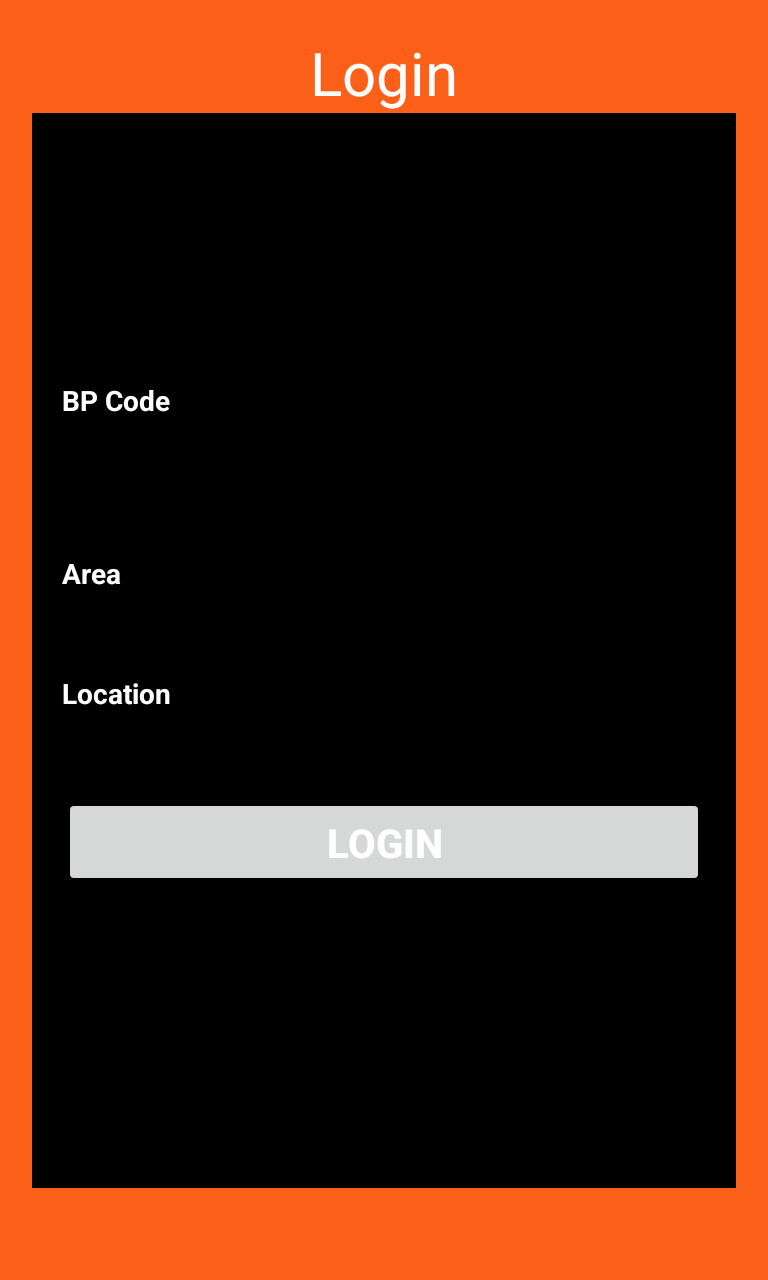
Repository: MushfiqurRahman/BLink3gApp
Layout: 3gExperience/res/layout/fragment_login.xml
These files come from the project's save history. The layout is drawn as it stood at one moment and after the next save; the edit follows.
It is drawn on a 768 x 1280 px phone screen (xhdpi) without system bars, with theme AppTheme; the app's code is not run.

Above is the layout before, as saved 2014-05-20 17:45:40.

### 3gExperience/res/layout/fragment_login.xml
<RelativeLayout xmlns:android="http://schemas.android.com/apk/res/android"
    xmlns:tools="http://schemas.android.com/tools"
    android:layout_width="match_parent"
    android:layout_height="match_parent"
    android:paddingBottom="@dimen/activity_vertical_margin"
    android:paddingLeft="@dimen/activity_horizontal_margin"
    android:paddingRight="@dimen/activity_horizontal_margin"
    android:paddingTop="@dimen/activity_vertical_margin"
    android:background="#FC6018"
    tools:context="com.example.gexperience.LoginActivity$PlaceholderFragment" >

    <RelativeLayout
        android:id="@+id/topMain"
        android:layout_width="fill_parent"
        android:layout_height="wrap_content" >

        <TextView
            android:layout_width="wrap_content"
            android:layout_height="wrap_content"
            android:layout_centerInParent="true"
            android:layout_marginLeft="5dip"
            android:text="Login"
            android:textColor="#ffffff"
            android:textSize="30sp" />
    </RelativeLayout>

    <LinearLayout
        android:id="@+id/LinearBottom"
        android:layout_width="fill_parent"
        android:layout_height="30dp"
        android:layout_alignParentBottom="true"
        android:gravity="bottom"
        android:orientation="vertical" >
    </LinearLayout>

    <LinearLayout
        android:id="@+id/layout_login_form"
        android:layout_width="match_parent"
        android:layout_height="match_parent"
        android:layout_above="@id/LinearBottom"
        android:layout_below="@id/topMain"
        android:background="#000000"
        android:gravity="center"
        android:orientation="vertical"
        android:paddingLeft="15dp"
        android:paddingRight="15dp" >

        <LinearLayout
            android:layout_width="fill_parent"
            android:layout_height="wrap_content"
            android:layout_gravity="left" >

            <TextView
                android:id="@+id/textView3"
                android:layout_width="wrap_content"
                android:layout_height="wrap_content"
                android:layout_marginBottom="2dp"
                android:text="@string/bp_code"
                android:textColor="#FFFFFF"
                android:textStyle="bold" />
        </LinearLayout>

        <EditText
            android:id="@+id/etPassword"
            android:layout_width="match_parent"
            android:layout_height="wrap_content"
            android:layout_marginBottom="15dp"
            android:ems="10"
            android:inputType="textPassword"
            android:textSize="25sp" />

        <LinearLayout
            android:layout_width="fill_parent"
            android:layout_height="wrap_content"
            android:layout_gravity="left" >

            <TextView
                android:id="@+id/textView1"
                android:layout_width="wrap_content"
                android:layout_height="wrap_content"
                android:layout_marginBottom="2dp"
                android:text="@string/area"
                android:textColor="#FFFFFF"
                android:textStyle="bold" />
        </LinearLayout>

        <Spinner
            android:id="@+id/spnEngineer"
            android:layout_width="match_parent"
            android:layout_height="wrap_content"
            android:layout_marginBottom="15dp"
            android:drawSelectorOnTop="true"
            android:padding="5dp"
            android:spinnerMode="dropdown"
            android:textSize="30sp" />

        <LinearLayout
            android:layout_width="fill_parent"
            android:layout_height="wrap_content"
            android:layout_gravity="left" >

            <TextView
                android:id="@+id/textView2"
                android:layout_width="wrap_content"
                android:layout_height="wrap_content"
                android:layout_marginBottom="2dp"
                android:text="@string/location"
                android:textColor="#FFFFFF"
                android:textStyle="bold" />
        </LinearLayout>

        <Spinner
            android:id="@+id/spnCompany"
            android:layout_width="match_parent"
            android:layout_height="wrap_content"
            android:layout_marginBottom="15dp"
            android:padding="5dp"
            android:spinnerMode="dropdown"
            android:textSize="30sp" />

        <Button
            android:id="@+id/btnLogin"
            android:layout_width="match_parent"
            android:layout_height="wrap_content"
            android:layout_marginBottom="15dp"
            android:text="@string/login"
            android:textSize="20sp"
            android:textColor="#FFFFFF"
            android:textStyle="bold" />
    </LinearLayout>

</RelativeLayout>

### 3gExperience/res/values/strings.xml
<?xml version="1.0" encoding="utf-8"?>
<resources>

    <string name="app_name">3gExperience</string>
    <string name="hello_world">Hello world!</string>
    <string name="action_settings">Settings</string>
    <string name="title_activity_login">LoginActivity</string>
    <string name="title_activity_survey">SurveyActivity</string>
    <string name="bp_code">BP Code</string>
    <string name="area">Area</string>
    <string name="location">Location</string>
    <string name="login">Login</string>

</resources>

Loaded but not shown: 3gExperience/res/values/styles.xml (common file); 3gExperience/res/values-v11/styles.xml (common file); 3gExperience/res/values-v14/styles.xml (common file); 3gExperience/res/values/dimens.xml (common file); 3gExperience/res/values-w820dp/dimens.xml (common file)

After the next save:
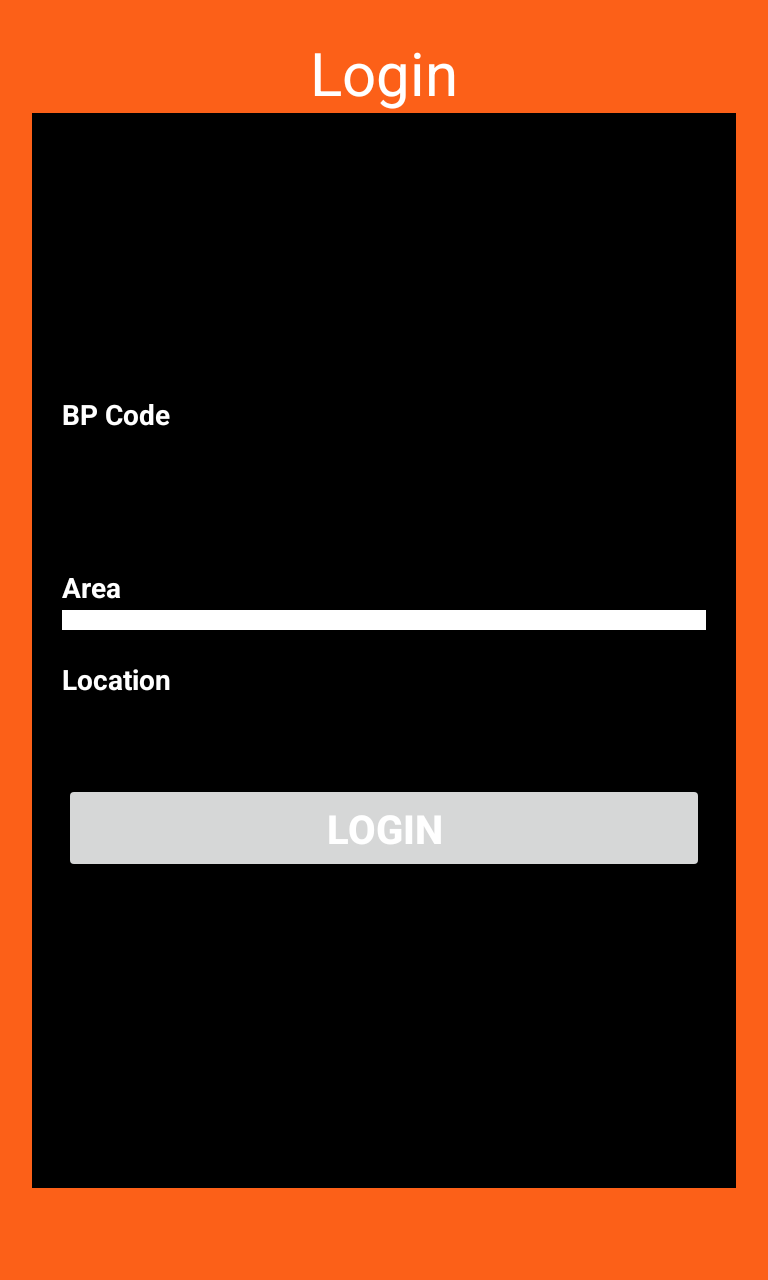
Saved 77 s later.
--- a/3gExperience/res/layout/fragment_login.xml
+++ b/3gExperience/res/layout/fragment_login.xml
@@ -67,6 +67,7 @@
             android:layout_marginBottom="15dp"
             android:ems="10"
             android:inputType="textPassword"
+            android:textColor="#FFFFFF"
             android:textSize="25sp" />
 
         <LinearLayout
@@ -92,6 +93,7 @@
             android:drawSelectorOnTop="true"
             android:padding="5dp"
             android:spinnerMode="dropdown"
+            android:background="#FFFFFF"
             android:textSize="30sp" />
 
         <LinearLayout
